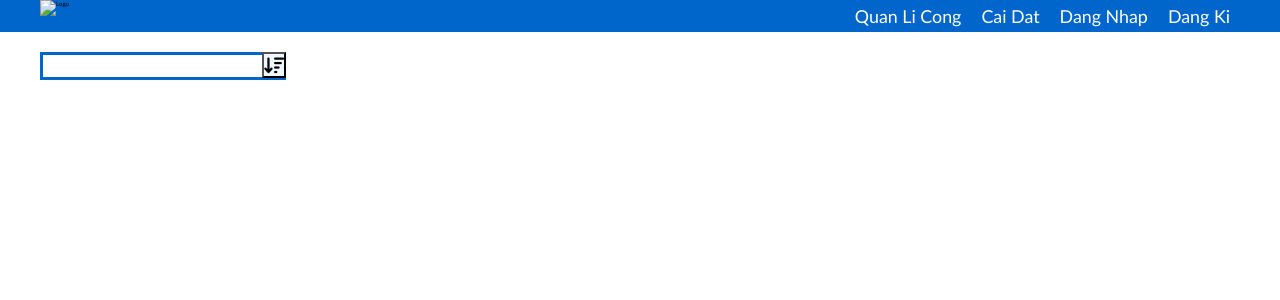
Repository: LDDUNG2003/a
Page: index.html
The author's editor kept a copy of each file at every save. The page is drawn from the files as they stood at one save, then again after the next save.
The browser window is 1280 px wide. The pictures show the whole page.
Some web libraries are served in a nearby version.

Above is the page before, as saved 2023-10-12 18:35:45.

After the next save:
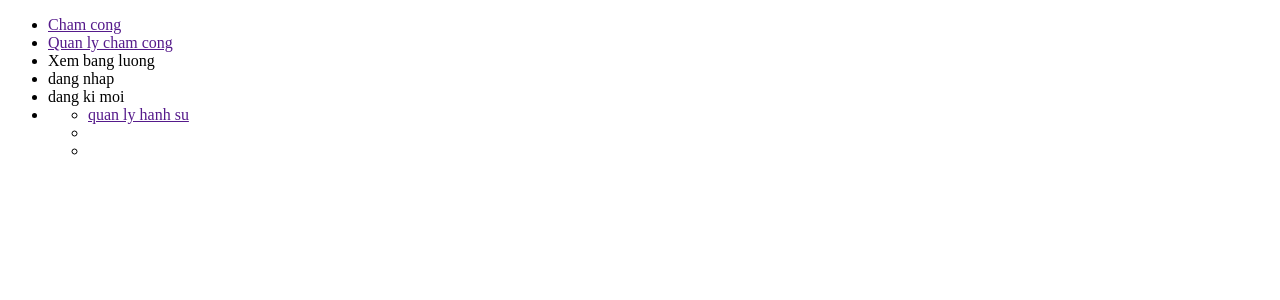
Saved 28 h 31 min later.
--- a/index.html
+++ b/index.html
@@ -4,45 +4,39 @@
 <head>
     <meta charset="UTF-8">
     <meta name="viewport" content="width=device-width, initial-scale=1.0">
-    <title>Document</title>
-    <link rel="stylesheet" href="./controlView/css/base.css">
-    <link rel="stylesheet" href="./controlView/css/index.css">
+    <title>trang chu</title>
 </head>
 
 <body>
     <div class="main">
-        <div class="header">
-            <div class="navBar">
-                <img src="" alt="Logo">
+        <header class="app__header">
+            <nav class="navBar">
                 <ul class="navBar-list">
-                    <li class="navBar-list--item">
-                        <a href="./" class="navBar-list--link">quan li cong</a>
-                    </li>
-                    <li class="navBar-list--item">
-                        <a href="./" class="navBar-list--link">cai dat</a>
-                    </li>
-                    <li class="navBar-list--item">
-                        <a href="./" class="navBar-list--link">dang nhap</a>
-                    </li>
-                    <li class="navBar-list--item">
-                        <a href="./" class="navBar-list--link">dang ki</a>
+                    <li class="navBar--items"><a href="" class="navbar--link">Cham cong</a></li>
+                    <li class="navBar--items"><a href="" class="navbar--link">Quan ly cham cong</a></li>
+                    <li class="navBar--items">
+                        <a href="" class="navbar--link"></a>Xem bang luong</li>
+                    <!-- login  -->
+                    <li class="navBar--items">
+                        <a href="" class="navbar--link"></a>dang nhap</li>
+                    <li class="navBar--items">
+                        <a href="" class="navbar--link"></a>dang ki moi</li>
+                    <!-- admin menu -->
+                    <li class="navBar--items">
+                        <ul class="account-list">
+                            <li class="account--item"><a href="" class="accound--link">quan ly hanh su</a></li>
+                            <li class="account--item">
+                                <a href="" class="accound--link"></a>
+                            </li>
+                            <li class="account--item">
+                                <a href="" class="accound--link"></a>
+                            </li>
+                        </ul>
                     </li>
                 </ul>
-            </div>
-        </div>
-        <div class="content">
-            <div class="heading-content">
-                <div class="heading-search">
-                    <input class="search-input" type="text">
-                    <button class="search-btn">
-                        <i style="font-size: 1.8rem;" class="fa-solid fa-arrow-down-wide-short" style="color: #eeeeec;"></i>
-                    </button>
-                </div>
-
-            </div>
-        </div>
+            </nav>
+        </header>
     </div>
-    <script src="https://kit.fontawesome.com/9ffed7d99e.js" crossorigin="anonymous"></script>
 </body>
 
 </html>
